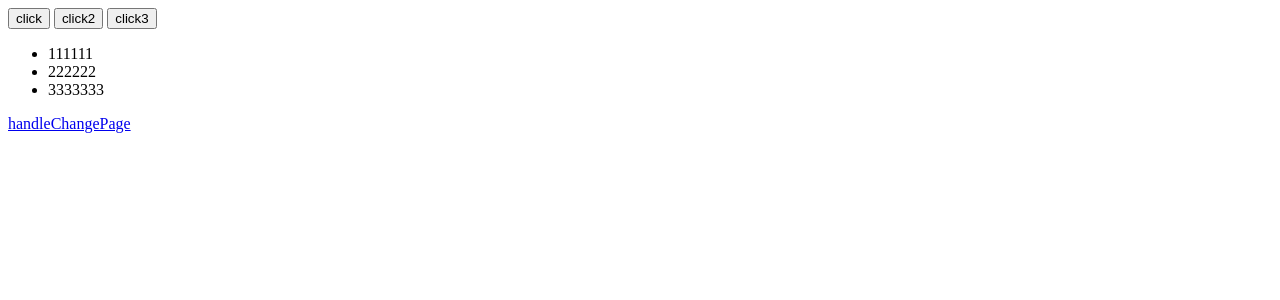
Repository: xiemin2161/mytest
Page: 01-事件处理.html
An editor plug-in stored every save of this project. The page is shown before and after the next save, followed by the edit.
The browser window is 1280 px wide. The pictures show the whole page.

Above is the page before, as saved 2023-01-31 15:09:15.

After the next save:
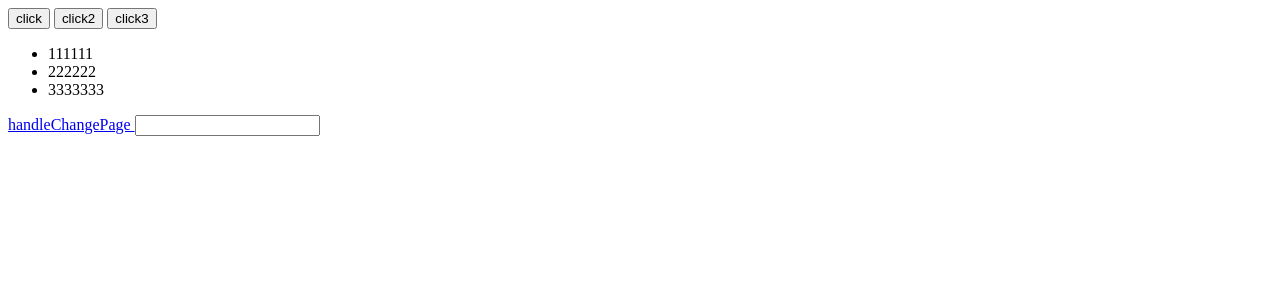
Saved 68 s later.
--- a/01-事件处理.html
+++ b/01-事件处理.html
@@ -26,6 +26,8 @@
       <a href="http://www.baidu.com" @click.prevent="handleChangePage()">
         handleChangePage
       </a>
+
+      <input type="text" @keyup="hanleKeyup($event)" />
     </div>
 
     <script type="text/javascript">
@@ -49,6 +51,7 @@
             //click.prenvent 阻止跳转
             console.log("handleChangePage");
           },
+          handleKeyup() {},
         },
       });
     </script>
